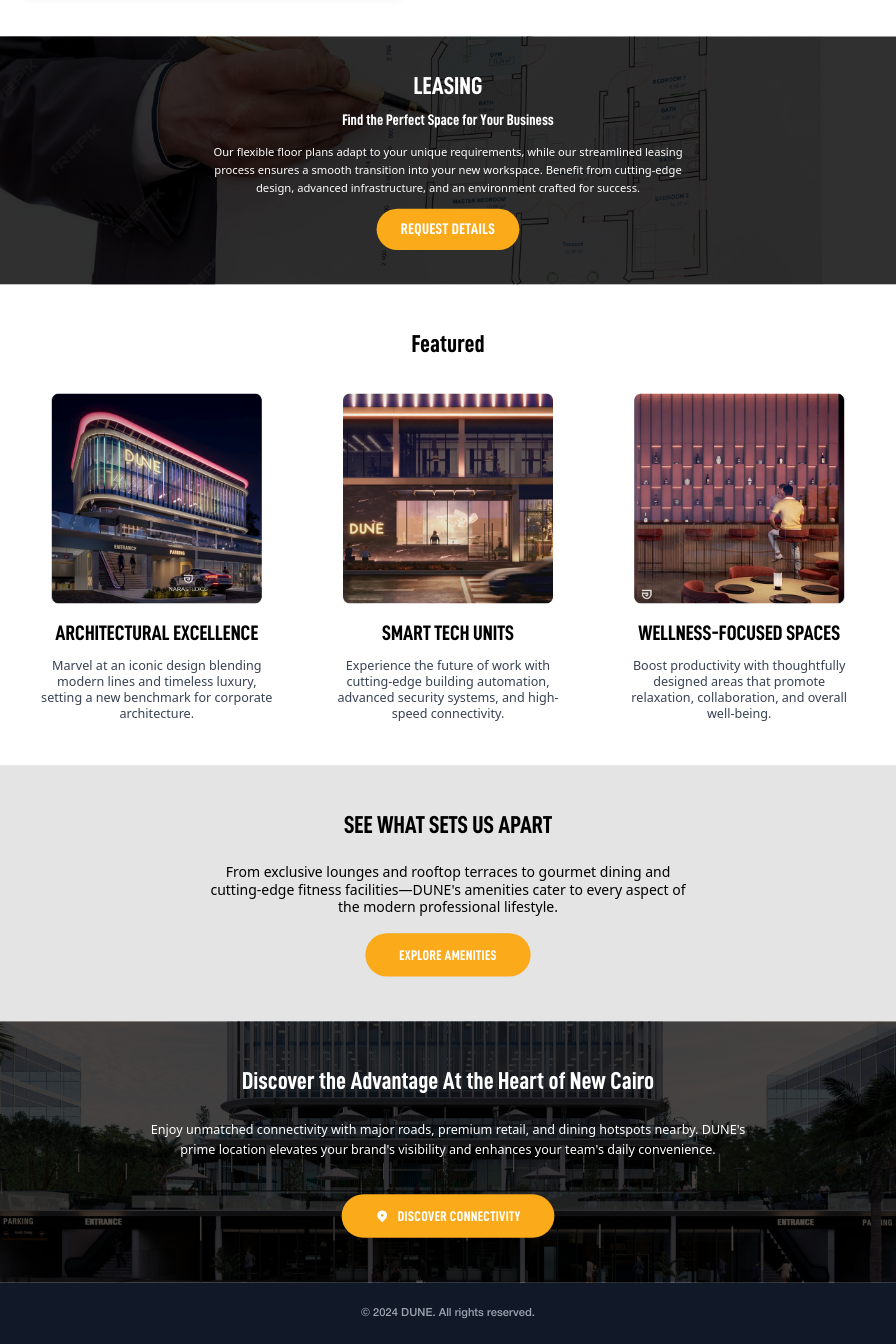
Repository: ahmedassr5765/dune
Page: index.html
An editor plug-in stored every save of this project. The page is shown before and after the next save, followed by the edit.
The browser window is 1280 px wide. The pictures show the part of the page from y = 2053 to 3973 px (the page is 3973 px tall), at 70% of full size.
Some web libraries are served in a nearby version.

Above is the page before, as saved 2025-07-12 19:13:39.

After the next save:
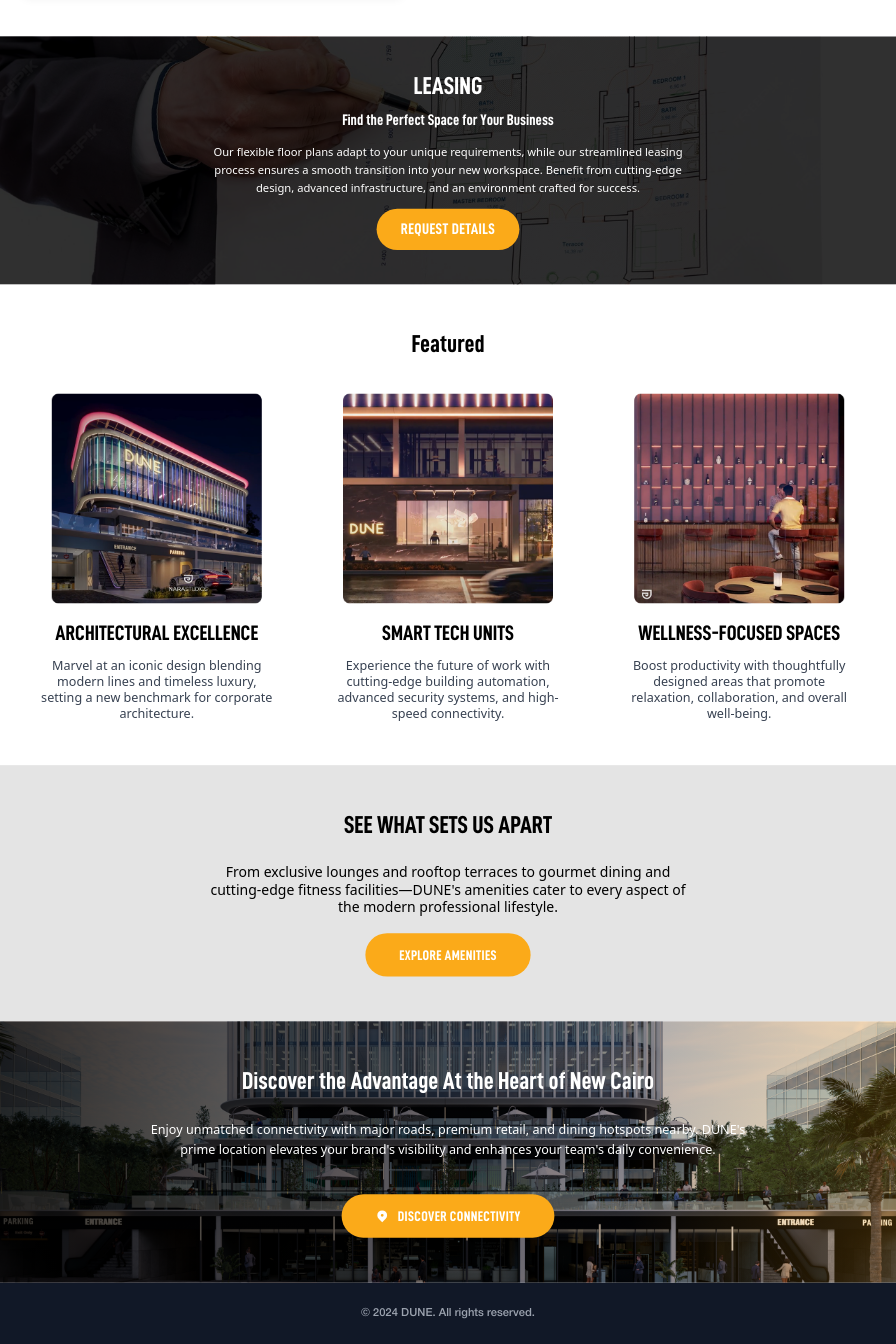
Saved 21 s later.
--- a/index.html
+++ b/index.html
@@ -400,7 +400,7 @@
     <section class="max-w-[1440px] mx-auto relative h-[373px] bg-cover bg-center bg-no-repeat" style="background-image: url('/images/discover.png');">
 
         <!-- Gradient Overlay -->
-        <div class="absolute inset-0" style="background: linear-gradient(to right, rgba(0,0,0,0.7) 100%, rgba(0,0,0,0.4) 80%, #FBAA19 100%);"></div>
+        <div class="absolute inset-0" style="background: linear-gradient(to right, rgba(0,0,0,0.8) 0%, rgba(0,0,0,0.5) 40%, rgba(0,0,0,0.2) 70%, rgba(251,170,25,0.2) 100%);"></div>
 
         <!-- Content -->
         <div class="relative z-10 h-full flex flex-col justify-center items-center text-center px-4 sm:px-6 lg:px-8">
